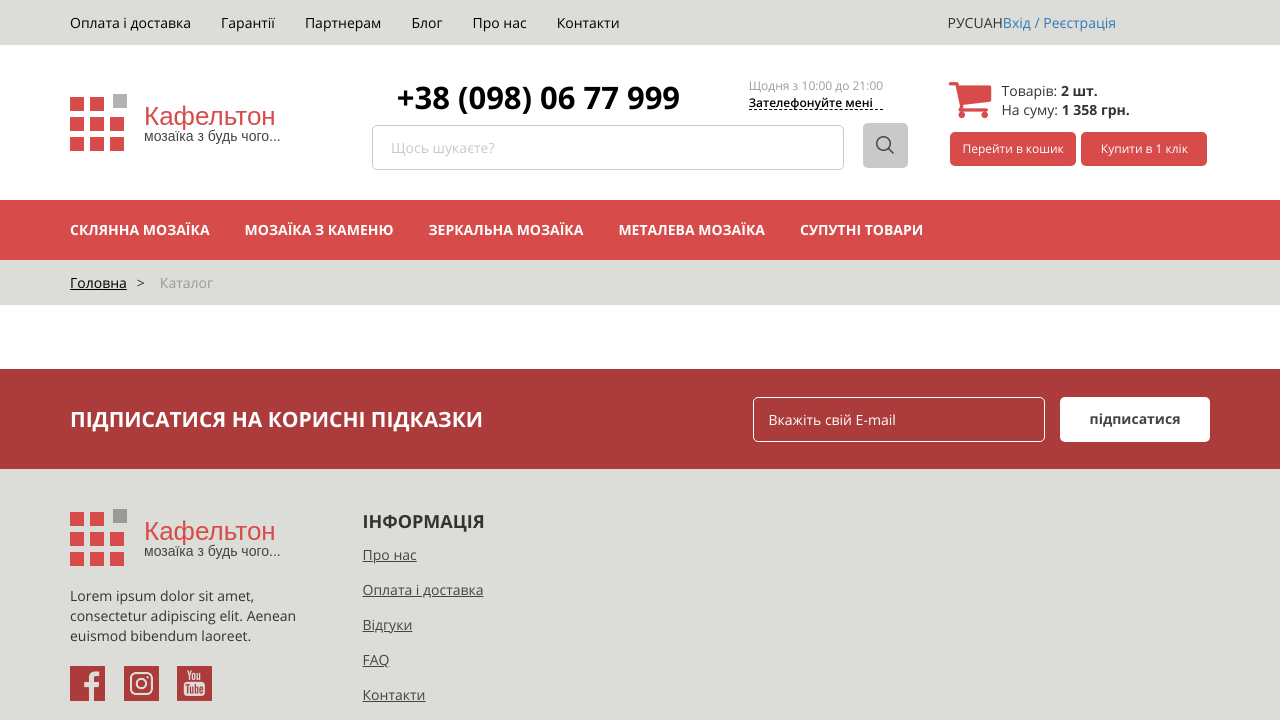
Repository: zellenka/mozaika
Page: app/index.html
The author's editor kept a copy of each file at every save. The page is drawn from the files as they stood at one save, then again after the next save.
The browser window is 1280 px wide. The pictures show the whole page.
Some web fonts or font styles are not loaded; a fallback is used. The style sheet was rebuilt from its Sass, Less or Tailwind sources for each picture, by a compiler version that may differ from the author's.

Above is the page before, as saved 2018-07-13 16:24:14.
Console error (its wording comes from the project's code and is left out).

### app/index.html
<!DOCTYPE html>
<html lang="en">
<head>
	<meta charset="UTF-8">
	<meta name="viewport" content="width=device-width, initial-scale=1.0">
	<title>Mozaika</title>
	<link rel="stylesheet" href="https://maxcdn.bootstrapcdn.com/bootstrap/3.3.7/css/bootstrap.min.css" integrity="sha384-BVYiiSIFeK1dGmJRAkycuHAHRg32OmUcww7on3RYdg4Va+PmSTsz/K68vbdEjh4u" crossorigin="anonymous">
	<link rel="stylesheet" href="/libs/normalize.css">
	<link rel="stylesheet" href="/css/libs.min.css">
	<link rel="stylesheet" href="/css/main.css">
</head>
<body>
	<header class="header">
		<div class="header__top">
			<div class="container">
				<div class="row">
					<div class="col-md-9">
						<ul class="header__top-nav">
							<li class="header__top-nav-item"><a href="/">Оплата і доставка</a></li>
							<li class="header__top-nav-item"><a href="/">Гарантії</a></li>
							<li class="header__top-nav-item"><a href="/">Партнерам</a></li>
							<li class="header__top-nav-item"><a href="/">Блог</a></li>
							<li class="header__top-nav-item"><a href="/">Про нас</a></li>
							<li class="header__top-nav-item"><a href="/">Контакти</a></li>
						</ul>
					</div>
					<div class="col-md-3">
						<ul class="header__top-enter-menu">
							<li>РУС</li>
							<li>UAH</li>
							<li><a href="/">Вхід / Реєстрація</a></li>
						</ul>
					</div>
				</div>
			</div>
		</div>
		<div class="header__middle">
			<div class="container">
				<div class="row header__middle-row">
					<a href="" class="col-md-3 header__middle-logo">
						<img src="/img/logo.png" alt="" class="header__middle-logo-img">
						<div>
								<p class="header__middle-logo-text">Кафельтон</p>
								<p class="header__middle-logo-slogan">мозаїка з будь чого...</p>
						</div>
					</a>
					<div class="col-md-6 header__middle-search">
						<div class="header__middle-search_block">
								<a href="tel:+380980677999" class="header__middle-search-phone">+38 (098) 06 77 999</a>
								<div class="header__middle-search-block">
									<p class="header__middle-search-time">Щодня з 10:00 до 21:00</p>
									<p class="header__middle-search-modal">Зателефонуйте мені</p>
								</div>
						</div>
						<div class="header__middle-search_block">
							<input type="text" class="header__middle-search_block-input" placeholder="Щось шукаєте?">
							<button type="button" class="header__middle-search_block-button"><img src="/img/icon.png" alt=""></button>
						</div>

					</div>
					<div class="col-md-3 header__middle-basket">
						<div class="header__middle-basket-top">
							<img src="/img/cart.png" alt="">
							<div class="header__middle-basket-info">
									<p>Товарів: <span class="header__middle-basket-info_bold">2</span> <span class="header__middle-basket-info_bold">шт.</span></p>
									<p>На суму: <span class="header__middle-basket-info_bold">1 358</span> <span class="header__middle-basket-info_bold">грн.</span></p>
							</div>
						</div>
						<div class="header__middle-basket-bottom">
							<a class="header__middle-basket-bottom-button header___red-button">Перейти в кошик</a>
							<a class="header__middle-basket-bottom-button header___red-button">Купити в 1 клік</a>
						</div>
					</div>
				</div>
			</div>
		</div>
		<div class="menu-block">
			<div class="container">
				<div class="row">
					<div class="col-md-12">
							<ul class="menu-block">
									<li class="menu-block__item">
										<a href="">СКЛЯНнА МОЗАЇКА</a>
									</li>
									<li class="menu-block__item"><a href="">МОЗАЇКА з каменю</a></li>
									<li class="menu-block__item"><a href="">зеркальна МОЗАЇКА </a></li>
									<li class="menu-block__item"><a href="">металева МОЗАЇКА</a></li>
									<li class="menu-block__item"><a href="">СУПУТНІ ТОВАРИ</a></li>
								</ul>
					</div>
				</div>
			</div>
		</div>
		<div class="breadcrumbs-block">
			<div class="container">
				<div class="row">
					<div class="col-lg-12">
							<ul class="breadcrumbs-block__list">
									<li class="breadcrumbs-block__item breadcrumbs-block__item_not-active"><a href="">Головна</a></li>
									<li class="breadcrumbs-block__item breadcrumbs-block__item_active"><a href="">Каталог</a></li>
								</ul>
					</div>
				</div>
			</div>
		</div>
	</header>
	<div class="main">

	</div>
	<footer class="footer">
		<div class="subscribe-block">
			<div class="container">
				<div class="row subscribe-block-row">
					<div class="col-md-5">
						<p class="subscribe-block__text">ПІДПИСАТИСЯ НА КОРИСНІ ПІДКАЗКИ</p>
					</div>
					<div class="col-md-5 col-md-offset-2">
						<form action="" class="subscribe-block__form">
							<input type="email" placeholder="Вкажіть свій E-mail" class="subscribe-block__input">
							<button type="submit" class="subscribe-block__button">підписатися</button>
						</form>
					</div>
				</div>
			</div>
		</div>
		<div class="footer-block container">
			<div class="row">
				<div class="col-md-3 footer-block__social">
						<a href="" class="header__middle-logo">
								<img src="/img/logo.png" alt="" class="header__middle-logo-img">
								<div>
										<p class="header__middle-logo-text">Кафельтон</p>
										<p class="header__middle-logo-slogan">мозаїка з будь чого...</p>
								</div>
						</a>
						<p class="footer-block__social-text">Lorem ipsum dolor sit amet,
								consectetur adipiscing elit. Aenean
								euismod bibendum laoreet.</p>

								<div class="footer-block__social-icons">
									<a href=""><img src="/img/facebook.png" alt=""></a>
									<a href=""><img src="/img/instagram.png" alt=""></a>
									<a href=""><img src="/img/youtube.png" alt=""></a>
								</div>
				</div>
				<div class="col-md-3 footer-block__information">
					<p class="footer-block__information-text">ІНФОРМАЦІЯ</p>
					<ul class="footer-block__information-menu">
						<li class="footer-block__information-menu-item"><a href="/">Про нас</a></li>
						<li class="footer-block__information-menu-item"><a href="/">Оплата і доставка</a></li>
						<li class="footer-block__information-menu-item"><a href="/">Відгуки</a></li>
						<li class="footer-block__information-menu-item"><a href="/">FAQ</a></li>
						<li class="footer-block__information-menu-item"><a href="/">Контакти</a></li>
					</ul>
				</div>
				<div class="col-md-3"></div>





				<div class="col-md-3"></div>
			</div>
		</div>
	</footer>





	<script src="https://maxcdn.bootstrapcdn.com/bootstrap/3.3.7/js/bootstrap.min.js" integrity="sha384-Tc5IQib027qvyjSMfHjOMaLkfuWVxZxUPnCJA7l2mCWNIpG9mGCD8wGNIcPD7Txa" crossorigin="anonymous"></script>
	<script src="js/libs.min.js"></script>
	<script src="js/common.js"></script>

</body>
</html>

### app/sass/libs.sass
@import "app/libs/magnific-popup/dist/magnific-popup.css" // Импортируем библиотеку Magnific Popup. Теперь обязательно указывается расширение .css
@import "app/libs/normalize.css"

### app/sass/main.sass
@font-face
  font-family: 'Raleway-ExtraBold'
  src: url('/fonts/11843.woff')

@font-face
  font-family: 'Raleway-Regular'
  src: url('/fonts/11851.woff')

@font-face
  font-family: 'Open-Sans-Bold'
  src: url('/fonts/2204.ttf')

@font-face
  font-family: 'Open-Sans-Semibold'
  src: url('/fonts/2212.ttf')

@font-face
  font-family: 'Open-Sans'
  src: url('/fonts/2211.ttf')

$main: #d74b4b

html
    min-height: 100%
    height: 100%

body
    font-family: Open-Sans
    min-height: 100%
    position: relative

.main
    min-height: 100%

ul
    list-style: none

.header__top
    width: 100%
    background: #dcddd8
    height: 45px

.header__top-nav, .header__top-enter-menu
    display: flex
    width: 100%
    height: 45px
    align-items: center
    padding: 0
    margin: 0
    line-height: 1

.header__top-nav-item
    margin-right: 30px
    a
        color: black

.header__middle
    padding: 30px 0
    background: #fff

.header__middle-row
    display: flex
    align-items: center

.header__middle-logo
    display: flex
    align-items: center
    &:hover
        text-decoration: none

.header__middle-logo-img
    width: 57px
    height: 57px
    margin-right: 17px

.header__middle-logo-text
    font-family: Raleway-ExtraBold, sans-serif
    font-size: 26px
    color: $main
    line-height: 1
    margin: 0

.header__middle-logo-slogan
    line-height: 1
    font-family: Raleway-Regular, sans-serif
    font-size: 14px
    color: #444444
    margin: 0

.header__middle-search_block
    display: flex
    width: 100%
    justify-content: space-around
    align-items: center

.header__middle-search-phone
    font-family: Open-Sans-Bold
    font-size: 31px
    color: #000
    &:hover

.header__middle-search-block
    line-height: 1

.header__middle-search-time
    color: #9d9d9d
    font-size: 12px
    font-family: Open-Sans
    margin: 5px 0

.header__middle-search-modal
    font-family: Open-Sans-Semibold
    color: black
    font-size: 12px
    border-bottom: 1px dashed black
    &:hover
        cursor: pointer

.header__middle-search_block-input
    width: 85%
    border-radius: 5px
    border: 1px solid #c9c9c9
    height: 45px
    padding-left: 18px
    margin-top: 5px
    &::placeholder
        color: #c9c9c9

.header__middle-search_block-button
    width: 45px
    height: 45px
    display: flex
    justify-content: center
    align-items: center
    border-radius: 5px
    background: #c9c9c9
    border: none
    padding: 0
    margin: 0

.header__middle-basket-top
    display: flex
    width: 100%
    align-items: center

.header__middle-basket-info
    line-height: 1
    font-family: Open-Sans
    p
        margin: 0

.header__middle-basket-info_bold
    font-family: Open-Sans-Bold

.header__middle-basket-bottom
    display: flex
    justify-content: space-around

.header__middle-basket-bottom-button
    font-size: 12px
    width: 48%

.header___red-button
    color: #fff
    background: rgb(215, 75, 75)
    border-radius: 5px
    height: 34px
    display: flex
    justify-content: center
    text-align: center
    align-items: center
    line-height: 1
    padding: 0 5px

.header__middle-basket-top
    margin-bottom: 10px

.header__middle-basket-info
    margin-left: 10px
    p
        margin: 5px 0

.menu-block
    background: $main
    width: 100%

.menu-block
    height: 60px
    display: flex
    width: 100%
    align-items: center
    margin: 0
    padding: 0

.menu-block__item
    margin-right: 35px
    a
        color: #fff
        font-family: Open-Sans-Bold
        font-size: 14px
        text-transform: uppercase

.breadcrumbs-block
    width: 100%
    background: #dcddd8

.breadcrumbs-block__list
    display: flex
    width: 100%
    padding: 0
    margin: 0
    height: 45px
    align-items: center
    justify-content: flex-start

.breadcrumbs-block__item_not-active
    margin-right: 15px
    a
        color: #000
        text-decoration: underline
    &::after
        content: "> "
        margin-left: 10px

.breadcrumbs-block__item_active
    a
        color: #999999
        &:hover
            cursor: default
            pointer-events: none
            cursor: default
            text-decoration: none

.footer
    position: absolute
    bottom: 0
    right: 0
    left: 0
    background: #dcddd8

.subscribe-block
    width: 100%
    background: #ac3c3c

.subscribe-block-row
    height: 100px
    display: flex
    align-items: center

.subscribe-block__text
    margin: 0
    text-align: left
    color: #fff
    font-family: Open-Sans-Bold
    font-size: 21px

.subscribe-block__form
    display: flex
    width: 100%
    justify-content: space-between

.subscribe-block__input
    width: 80%
    border: 1px solid #fff
    border-radius: 5px
    background: #ac3c3c
    color: #fff
    height: 45px
    padding-left: 15px
    margin-right: 15px
    &::placeholder
        color: #fff

.subscribe-block__button
    border-radius: 5px
    background: #fff
    color: #444444
    font-family: Open-Sans-Bold
    font-size: 14px
    border: none
    min-width: 150px
    height: 45px

.footer-block
    padding-top: 40px

.footer-block__social

.footer-block__social-text
    font-size: 14px
    margin: 20px 0

.footer-block__social-icons
    img
        width: 35px
        height: 35px
        margin-right: 15px

.footer-block__information-text
    font-size: 18px
    font-family: Open-Sans-Bold
    text-align: left

.footer-block__information-menu
    padding: 0
    margin: 0

.footer-block__information-menu-item
    margin-bottom: 15px
    a
        color: #444444
        text-decoration: underline

Loaded but not shown: app/libs/normalize.css (library); app/js/libs.min.js (library); app/js/common.js (common file); app/libs/magnific-popup/dist/magnific-popup.css (library)

After the next save:
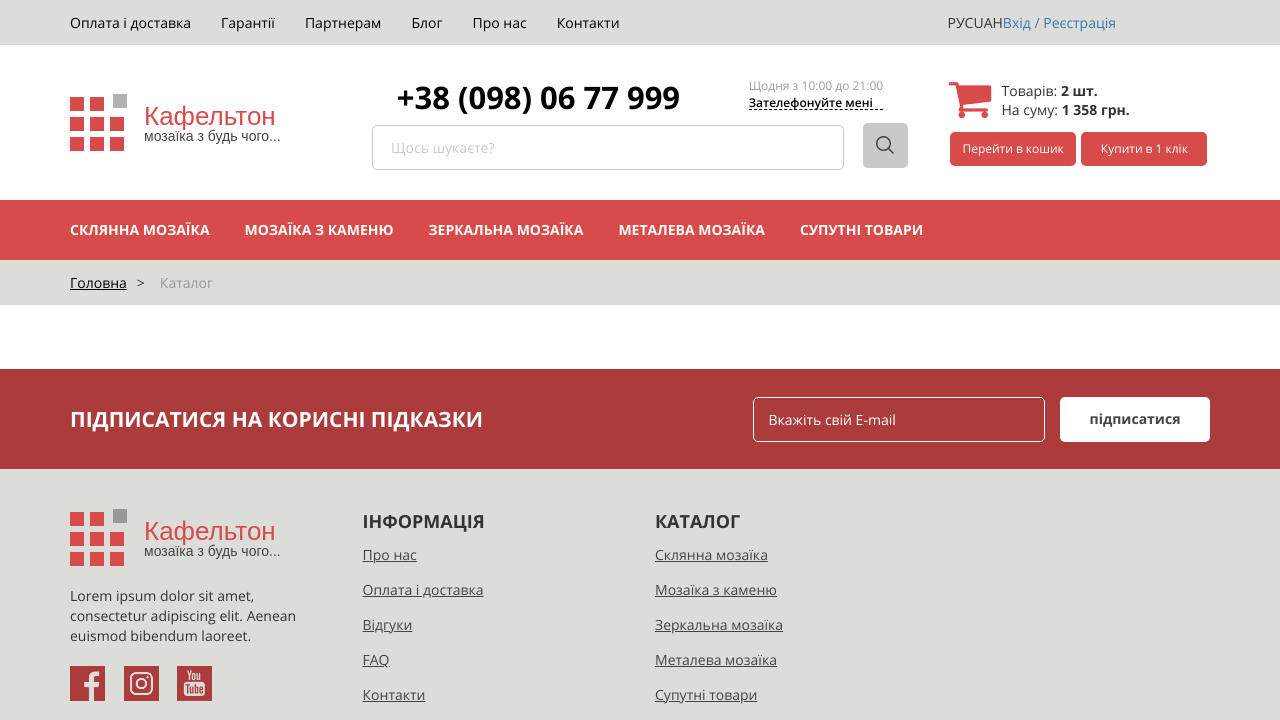
Saved 64 s later.
--- a/app/index.html
+++ b/app/index.html
@@ -153,7 +153,21 @@
 						<li class="footer-block__information-menu-item"><a href="/">Контакти</a></li>
 					</ul>
 				</div>
-				<div class="col-md-3"></div>
+				<div class="col-md-3">
+						<p class="footer-block__information-text">КАТАЛОГ</p>
+						<ul class="footer-block__information-menu">
+							<li class="footer-block__information-menu-item"><a href="/">Склянна мозаїка</a></li>
+							<li class="footer-block__information-menu-item"><a href="/">Мозаїка з каменю</a></li>
+							<li class="footer-block__information-menu-item"><a href="/">Зеркальна мозаїка</a></li>
+							<li class="footer-block__information-menu-item"><a href="/">Металева мозаїка</a></li>
+							<li class="footer-block__information-menu-item"><a href="/">Супутні товари</a></li>
+						</ul>
+				</div>
+
+
+
+
+
 
 
 
